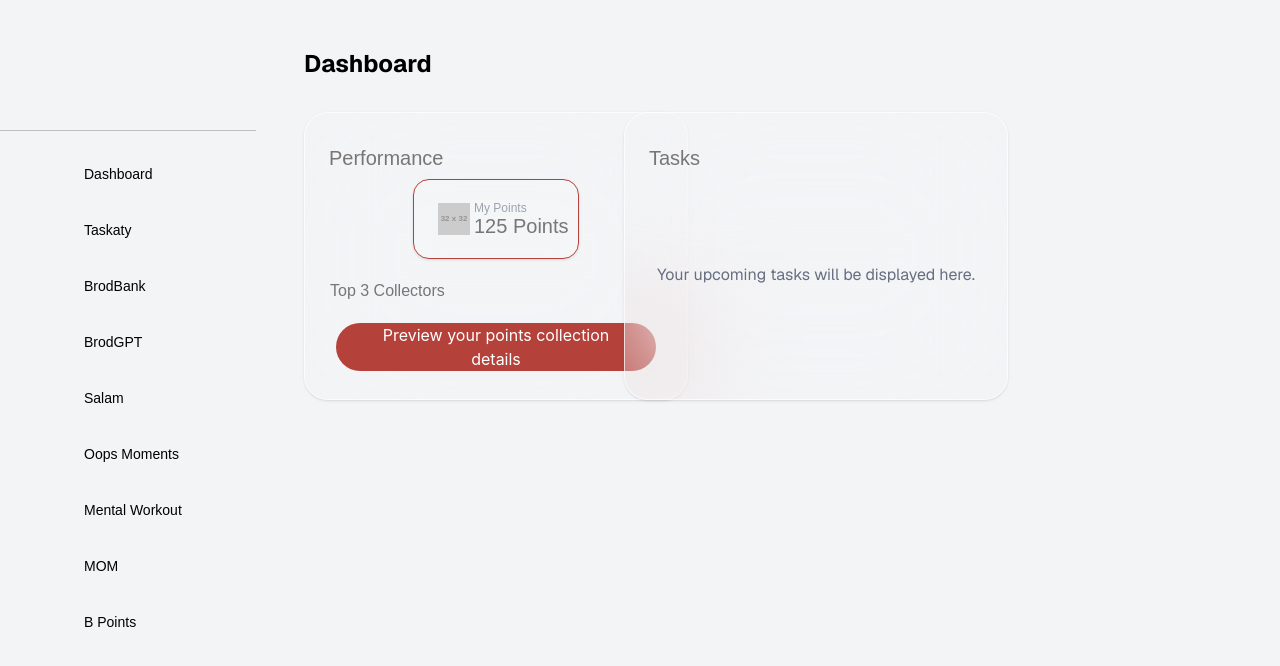
Repository: niirshihab/aetherav14
Page: /dashboard
These files come from the project's save history. The page is drawn as it stood at one moment and after the next save; the edit follows.
The browser window is 1280 px wide. The pictures show the whole page.
The project was rebuilt for these pictures with package versions that can differ from the ones it lists, and the page was loaded fresh each time. Some packages were replaced by stand-ins written for this rebuild. The framework's server and built-in components were replaced by stand-ins that run in the browser. Also part of the build but not shown: next.config.js.

Above is the page before, as saved 2024-07-21 01:56:53.

### app/dashboard/layout.tsx
// app/dashboard/layout.tsx
import { Sidebar } from '@/components/SideNav'

export default function DashboardLayout({
  children,
}: {
  children: React.ReactNode
}) {
  return (
    <div className="flex h-screen bg-gray-100">
      <Sidebar />
      <main className="flex-1 overflow-y-auto p-4">{children}</main>
    </div>
  )
}

### app/dashboard/page.tsx
// app/dashboard/page.tsx
import { Widget } from '@/components/Widget'
import { Button } from '@/components/Button'

export default function DashboardPage() {
  return (
    <div className="p-8">
      <h1 className="text-2xl font-bold mb-8">Dashboard</h1>
      <div className="grid grid-cols-1 md:grid-cols-2 lg:grid-cols-3 gap-8">
        <Widget title="Performance">
          <div className="w-80 h-20 justify-center items-center inline-flex">
            <div className="grow shrink basis-0 self-stretch justify-center items-center gap-2 inline-flex">
              <div className="w-40 h-20 justify-center items-center flex">
                <div className="grow shrink basis-0 self-stretch p-6 bg-brod-stone-50/5 rounded-2xl shadow border border-brod-rose-700 flex-col justify-center items-center gap-2 inline-flex">
                  <div className="h-16 justify-start items-center gap-1 inline-flex">
                    <img className="w-8 h-8" src="https://via.placeholder.com/32x32" alt="User" />
                    <div className="flex-col justify-start items-start gap-0.5 inline-flex">
                      <div className="text-gray-400 text-xs font-normal font-abeezee leading-none">My Points</div>
                      <div className="w-28 justify-start items-center gap-1 inline-flex">
                        <div className="text-brod-stone/60 text-xl font-normal font-abeezee leading-none">125 Points</div>
                      </div>
                    </div>
                  </div>
                </div>
              </div>
              {/* Add Company's Average section here */}
            </div>
          </div>
          <div className="self-stretch h-10 pl-px justify-start items-center inline-flex">
            <div className="grow shrink basis-0 flex-col justify-start items-start gap-0.5 inline-flex">
              <div className="text-brod-stone/60 text-base font-normal font-abeezee leading-none">Top 3 Collectors</div>
            </div>
            {/* Add top 3 collectors images here */}
          </div>
          <Button>Preview your points collection details</Button>
        </Widget>

        {/* Example of another widget */}
        <Widget title="Tasks">
          {/* Add task-related content here */}
          <p className="text-brod-gray-500">Your upcoming tasks will be displayed here.</p>
        </Widget>

        {/* Add more widgets as needed */}
      </div>
    </div>
  )
}

### app/globals.css
@tailwind base;
@tailwind components;
@tailwind utilities;

:root {
  --foreground: 0 0% 0%;
  --background: 0 0% 100%;
}

@media (prefers-color-scheme: dark) {
  :root {
    --foreground: 0 0% 100%;
    --background: 0 0% 0%;
  }
}

body {
  color: hsl(var(--foreground));
  background: hsl(var(--background));
}

### components/SideNav.tsx
// components/Sidebar.tsx
import React from 'react';
import Link from 'next/link';

const navItems = [
  { name: 'Dashboard', href: '/dashboard', icon: 'dashboard-icon' },
  { name: 'Taskaty', href: '/taskaty', icon: 'taskaty-icon', dropdown: true },
  { name: 'BrodBank', href: '/brodbank', icon: 'brodbank-icon' },
  { name: 'BrodGPT', href: '/brodgpt', icon: 'brodgpt-icon' },
  { name: 'Salam', href: '/salam', icon: 'salam-icon', dropdown: true },
  { name: 'Oops Moments', href: '/oops-moments', icon: 'oops-moments-icon' },
  { name: 'Mental Workout', href: '/mental-workout', icon: 'mental-workout-icon' },
  { name: 'MOM', href: '/mom', icon: 'mom-icon' },
  { name: 'B Points', href: '/b-points', icon: 'b-points-icon' },
];

export const Sidebar: React.FC = () => {
  return (
    <div className="w-64 h-96 relative">
      <div className="h-96 left-[24px] top-[147px] absolute flex-col justify-start items-center inline-flex">
        {navItems.map((item) => (
          <div key={item.name} className="self-stretch px-5 py-4 rounded-xl justify-start items-center gap-4 inline-flex">
            <div className={`w-6 h-6 relative ${item.icon}`} />
            <Link href={item.href} className="grow shrink basis-0 text-black text-sm font-normal font-abeezee leading-tight">
              {item.name}
            </Link>
            {item.dropdown && (
              <div className="w-6 h-6 relative origin-top-left -rotate-90 rounded-3xl" />
            )}
          </div>
        ))}
      </div>
      <div className="w-64 h-px left-0 top-[130px] absolute opacity-25 bg-brod-stone" />
      <div className="w-36 h-8 left-[60px] top-[62px] absolute">
        {/* Add your logo here */}
      </div>
    </div>
  );
};

### components/Widget.tsx
// components/Widget.tsx
import React from 'react';

interface WidgetProps {
  title: string;
  children: React.ReactNode;
}

export const Widget: React.FC<WidgetProps> = ({ title, children }) => {
  return (
    <div className="w-96 h-72 px-6 pt-2.5 pb-1.5 bg-brod-stone-50/5 rounded-3xl shadow border border-white/70 backdrop-blur-3xl flex-col justify-center items-start gap-2 inline-flex">
      <div className="w-80 justify-start items-center gap-48 inline-flex">
        <h2 className="text-brod-stone/60 text-xl font-normal font-abeezee leading-tight">{title}</h2>
      </div>
      <div className="self-stretch h-48 flex-col justify-center items-center gap-3.5 flex">
        {children}
      </div>
    </div>
  );
};

### components/Button.tsx
// components/Button.tsx
import React from 'react';

interface ButtonProps {
  children: React.ReactNode;
  onClick?: () => void;
}

export const Button: React.FC<ButtonProps> = ({ children, onClick }) => {
  return (
    <button
      onClick={onClick}
      className="w-80 h-12 px-7 py-3.5 bg-brod-rose-700 rounded-3xl flex justify-center items-center"
    >
      <span className="text-center text-white text-base font-normal font-inter leading-normal">
        {children}
      </span>
    </button>
  );
};

### tailwind.config.ts
// tailwind.config.js
module.exports = {
  content: [
    './pages/**/*.{js,ts,jsx,tsx,mdx}',
    './components/**/*.{js,ts,jsx,tsx,mdx}',
    './app/**/*.{js,ts,jsx,tsx,mdx}',
  ],
  theme: {
    extend: {
      colors: {
        'brod-black': '#000000',
        'brod-zinc': '#1B1B1B',
        'brod-stone': '#242220',
        'brod-slate': '#334058',
        'brod-gray': {
          400: '#948997',
          500: '#666E81',
        },
        'brod-rose': {
          500: '#F4485D',
          700: '#B5413B',
        },
        'brod-orange': '#EE9849',
        'brod-stone-50': '#FEF9F9',
        foreground: 'hsl(var(--foreground))',
        background: 'hsl(var(--background))',
      },
      fontFamily: {
        'abeezee': ['ABeeZee', 'sans-serif'],
        'inter': ['Inter', 'sans-serif'],
        'poppins': ['Poppins', 'sans-serif'],
        'roboto': ['Roboto', 'sans-serif'],
      },
    },
  },
  plugins: [],
}

Loaded but not shown: app/layout.tsx (common file)

After the next save:
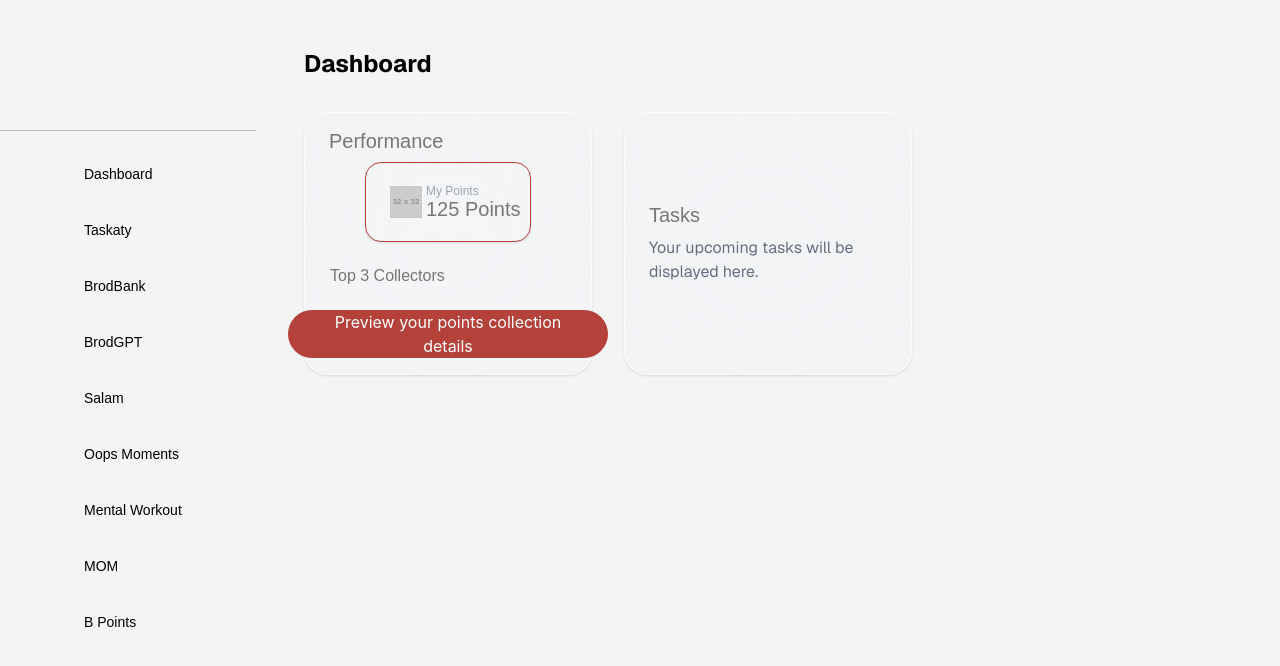
Saved 107 s later.
--- a/components/Widget.tsx
+++ b/components/Widget.tsx
@@ -8,11 +8,11 @@ interface WidgetProps {
 
 export const Widget: React.FC<WidgetProps> = ({ title, children }) => {
   return (
-    <div className="w-96 h-72 px-6 pt-2.5 pb-1.5 bg-brod-stone-50/5 rounded-3xl shadow border border-white/70 backdrop-blur-3xl flex-col justify-center items-start gap-2 inline-flex">
-      <div className="w-80 justify-start items-center gap-48 inline-flex">
+    <div className="w-full max-w-sm mx-auto sm:max-w-md md:max-w-lg lg:max-w-xl xl:max-w-2xl h-auto px-4 sm:px-6 py-4 bg-brod-stone-50/5 rounded-3xl shadow border border-white/70 backdrop-blur-3xl flex-col justify-center items-start gap-2 inline-flex">
+      <div className="w-full justify-start items-center gap-4 inline-flex">
         <h2 className="text-brod-stone/60 text-xl font-normal font-abeezee leading-tight">{title}</h2>
       </div>
-      <div className="self-stretch h-48 flex-col justify-center items-center gap-3.5 flex">
+      <div className="self-stretch flex-col justify-center items-center gap-3.5 flex">
         {children}
       </div>
     </div>
